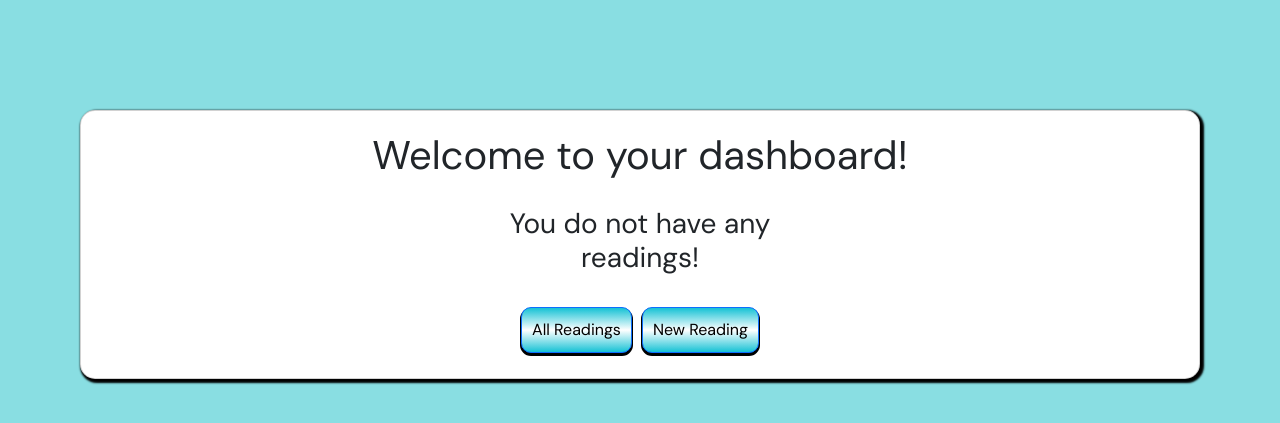
Repository: aiodell/my-glucose-checkup
Page: /dashboard (app in client/)
An editor plug-in stored every save of this project. The page is shown before and after a run of saves, followed by the edit.
The browser window is 1280 px wide. The pictures show the whole page.
The page's requests for data from a server got no answer. The project was rebuilt for these pictures with package versions that can differ from the ones it lists, and the page was loaded fresh each time. No one was signed in, and anything a server would have sent is missing. Also part of the build but not shown: client/src/components/Login.js, client/src/components/Signup.js, client/src/components/AllReadings.js, client/src/components/NewReading.js, client/src/components/Home.js, client/src/components/BglUpdateForm.js, client/src/components/BglEventDetails.js, client/src/components/NewBglEvent.js and 8 more.

Above is the page before, as saved 2022-10-06 07:06:19.

### client/src/index.js
import React from 'react';
import ReactDOM from 'react-dom/client';
import {BrowserRouter as Router} from "react-router-dom";
import 'bootstrap/dist/css/bootstrap.min.css';
import App from './App';

const root = ReactDOM.createRoot(document.getElementById('root'));
root.render(
  <React.StrictMode>
  <Router>
    <App />
  </Router>
  </React.StrictMode>
);

### client/src/App.js
import { useState, useEffect } from "react"
import { Switch, Route, useHistory } from "react-router-dom"
import NavBar from "./components/NavBar"
import Login from "./components/Login"
import Signup from "./components/Signup"
import Dashboard from "./components/Dashboard"
import AllReadings from "./components/AllReadings"
import NewReading from "./components/NewReading"
import Home from "./components/Home"
import BglEventDetails from "./components/BglEventDetails"
import NewBglEvent from "./components/NewBglEvent"
import Events from "./components/Events"
import UserProfile from "./components/UserProfile"
import CreateProfile from "./components/CreateProfile"
import AllUsers from "./components/AllUsers"
import './styles.css'

const App = () => {
  const [currentUser, setCurrentUser] = useState("")
  const [readings, setReadings] = useState([])
  const [events, setEvents] = useState([])
  const [users, setUsers] = useState([])
  const [following, setFollowing] = useState([])
  const history = useHistory()

  useEffect( () => {
    fetch(`/auto-login`)
    .then((r) => {
      if (r.ok) {
        r.json().then((user) => setCurrentUser(user))
      }else{
        history.push("/login")
      }
    })
  }, [ ])

	useEffect(() => {
		fetch("/events")
		.then((r) => r.json())
		.then(setEvents)
	}, [])

  useEffect(() => {
		fetch("/bgls")
		.then((r) => r.json())
		.then(setReadings)
	}, [])

  useEffect(() => {
    fetch("/users")
    .then((r) => r.json())
    .then(setUsers)
  }, [])

  useEffect(() => {
    fetch("/relationships")
    .then((r) => r.json())
    .then(setFollowing)
  }, [])

  const updateUser = (user) => setCurrentUser(user)

  const addNewReading = (newReading) => {setReadings(readings => [...readings, newReading])}

  const deleteReading = (deletedReading) => {
    setReadings((readings) => readings.filter((reading) => reading.id !== deletedReading))
  }

  const deleteEvent = (deletedEvent) => {
    setEvents((events) => events.filter((event) => event.id !== deletedEvent))
  }

  const updateBgl = (updatedBgl) => {
    setReadings((readings) => readings.map(bgl => bgl.id === updatedBgl.id ? updatedBgl : bgl))
  }

  // add follower to list
  const addNewFollow = (newFollow) => {
    setFollowing(following => [...following, newFollow])
    const copyOfCurrentUser = {...currentUser}
    copyOfCurrentUser.followees.push(newFollow)
    setCurrentUser(copyOfCurrentUser)
  }

  // delete follower from the list
  const deleteFollow = (deletedFollow) => {
    setFollowing((following) => following.filter((following) => following.id !== deletedFollow))
  }

  const removeCurrentFollowing = (deletedFollowee) => {
    const copyOfCurrentUser = {...currentUser}
    copyOfCurrentUser.followees = copyOfCurrentUser.followees.filter(followee => followee.followee_id !== deletedFollowee.followee_id)
    setCurrentUser(copyOfCurrentUser)
  }

   return (
   <div>
    <NavBar
      currentUser = {currentUser}
      updateUser = {updateUser}
    />
    <Switch>
      <Route exact path = "/login">
        <Login updateUser = {updateUser}/>
      </Route>
      <Route exact path = "/signup">
        <Signup />
      </Route>
      <Route exact path = "/dashboard">
        <Dashboard
        currentUser = {currentUser}
        readings = {readings}
        setReadings = {setReadings}
        following = {following}  // will be used to display the highs and lows of a user being followed
        users = {users}
        />
      </Route>
      <Route exact path= "/bgls/all">
        <AllReadings
        readings = {readings}
        setReadings = {setReadings}
        />
      </Route>
      <Route exact path= "/bgls/new">
        <NewReading addNewReading= {addNewReading} />
      </Route>
      <Route exact path= "/bgls/:id/">
        <BglEventDetails
          updateBgl = {updateBgl}
          deleteReading= {deleteReading}
          readings = {readings}
        />
      </Route>
      <Route exact path="/bgls/:id/bgl_events/new">
        <NewBglEvent events= {events}/>
      </Route>
      <Route exact path="/events">
        <Events
          deleteEvent = {deleteEvent}
          events = {events}
          setEvents = {setEvents}
        />
      </Route>
      <Route exact path= "/me">
        <UserProfile
        currentUser = {currentUser}
        users = {users}
        />
      </Route>
      <Route exact path = "/create-profile">
        <CreateProfile />
      </Route>
      <Route exact path= "/users">
        <AllUsers
        currentUser = {currentUser}
        users = {users}
        addNewFollow = {addNewFollow}
        deleteFollow = {deleteFollow}
        removeCurrentFollowing ={removeCurrentFollowing}
        />
      </Route>
      <Route exact path="/">
        <Home
        currentUser = {currentUser}
        setCurrentUser = {setCurrentUser}/>
      </Route>
    </Switch>
   </div>
  )
}

export default App;

### client/src/components/NavBar.js
import { useHistory, NavLink } from 'react-router-dom'
import Container from "react-bootstrap/Container"
import Nav from 'react-bootstrap/Nav';
import Navbar from 'react-bootstrap/Navbar';
import '../styles.css';

const NavBar = ({updateUser, currentUser}) => {
	const history = useHistory()

	// log out only available when logged in
	const handleLogout = (e) => {
		fetch(`/logout`, {
			method: 'DELETE'
		})
		.then(() => {
			updateUser("")
			history.push('/')
		})
	}

	return(
		<>
		{currentUser ?
			<Navbar bg="dark" variant="dark" expand="lg">
			<Container className="nav-bar">
				<Navbar.Brand>My Glucose Checkup</Navbar.Brand>
				<Navbar.Toggle aria-controls="basic-navbar-nav" />
				<Navbar.Collapse id="basic-navbar-nav"></Navbar.Collapse>
					<Nav className="me-auto">
						<NavLink className="nav-link" to="/dashboard">
							<Nav.Item>Dashboard</Nav.Item>
						</NavLink>
						<NavLink className="nav-link" to="/bgls/all">
							<Nav.Item>My BGLs</Nav.Item>
						</NavLink>
						<NavLink className="nav-link" to="/bgls/new">
							<Nav.Item>New Reading</Nav.Item>
						</NavLink>
						<NavLink className="nav-link" to="/me">
							<Nav.Item>My Account</Nav.Item>
						</NavLink>
						<NavLink className="nav-link" to="/users">
							<Nav.Item>All Users</Nav.Item>
						</NavLink>
						<Nav.Link onClick={handleLogout}>Logout</Nav.Link>
					</Nav>
			</Container>
		</Navbar> : null }
		</>
	)
}

export default NavBar

### client/src/components/Dashboard.js
import { useState, useEffect } from "react"
import {useHistory, Link, NavLink } from "react-router-dom"
import Container from "react-bootstrap/Container"
import Card from "react-bootstrap/Card"
import Button from "react-bootstrap/Button"
import Col from 'react-bootstrap/Col';
import Row from 'react-bootstrap/Row';

const Dashboard = ({currentUser}) => {
	const[readings, setReadings] = useState([])
	const[errors, setErrors] = useState([])
	const history= useHistory()

	// get the bgls for the user
	useEffect(() => {
		fetch("/bgls")
		.then(r => {
			if(r.ok){
				r.json().then(data => setReadings(data))
			}else{
				r.json().then(data => {
					setErrors(data.errors)
					history.push("/login")
				})
			}
		})
	}, [ ])

	// sort the highest, lowest, and most current value
	const lowestValue = [...readings].sort((a,b) => a.value - b.value)
	const highestValue = [...readings].sort((a,b) => b.value - a.value)
	const highestId =[...readings].sort((a,b) => b.id - a.id)

	const average = (arr) => {
		const { length } = arr
		return arr.reduce((acc, val) => {
			return acc + (val.value/length)
		}, 0)
	}

	const renderAverage = parseInt(average(readings))

	const renderLowest = lowestValue.slice(0,1).map((num) => {
		return(
			<div>
				<h2 key={num.id}> Lowest: {num.value}</h2>
			<Link to= {`/bgls/${num.id}`} className="small-link"> View Details</Link>
			</div>
		)
	})

	const renderHighest = highestValue.slice(0,1).map((num)=> {
		return(
			<div>
				<h2 key={num.id}> Highest: {num.value}</h2>
				<Link to= {`/bgls/${num.id}`} className="small-link"> View Details</Link>
			</div>
		)
	})

	const renderCurrent = highestId.slice(0,1).map((num) => {
		return(
		<>
			<Card className="current-bgl">
				<h1 className="current-txt" key={num.id}> {num.value} </h1>
			</Card>
			<Link to= {`/bgls/${num.id}`} className="small-link"> View Details</Link>
		</>
		)
	})

	// will return a dashboard alongside any highs and lows of followed users
	return(
		<Container className="container-style">
			{errors ? errors.map(e => <section>{e}</section>):null}
			<Card className="dash-container">
				{currentUser.first_name ? <h1 className="dash-title">
					Welcome to your dashboard, {currentUser.first_name} </h1>
					: <h1>Welcome to your dashboard!</h1> }
				{currentUser.admin ?
				<>
					<Row>
						<p>You are in admin mode</p>
							{renderCurrent}
					</Row>
						<Row className="low-high-avg">
							<Col>{renderLowest}</Col>
							<Col>
								{renderAverage === 0 ? <h3> You do not have any readings!</h3> :
								 	<h2> Average: {renderAverage}</h2>
								 }
							</Col>
							<Col>{renderHighest}</Col>
						</Row>
						<div>
							<NavLink to="/events">
								<Button className="btns" >All Events</Button>
							</NavLink>
							<NavLink to="/bgls/all">
								<Button className="btns">All Test Readings</Button>
							</NavLink>
							<NavLink to="/bgls/new">
								<Button className="btns">New Test Reading</Button>
							</NavLink>
						</div>
						<div>
							{/* Add updates from followed users here */}
						</div>
				</> :
				<>
					<Row>
						{renderCurrent}
					</Row>
						<Row className="low-high-avg">
							<Col>{renderLowest}</Col>
							<Col>
								{renderAverage === 0 ? <h3> You do not have any readings!</h3> :
								 	<h2> Average: {renderAverage}</h2>
								}
							</Col>
							<Col>{renderHighest}</Col>
						</Row>
						<div>
							<NavLink to="/bgls/all">
								<Button className="btns">All Readings</Button>
							</NavLink>
							<NavLink to="/bgls/new">
								<Button className="btns">New Reading</Button>
							</NavLink>
						</div>
				</> }
			</Card>
		</Container>
	)
}

export default Dashboard

### client/src/styles.css
@import url('https://fonts.googleapis.com/css2?family=DM+Sans&display=swap');
@import url('https://fonts.googleapis.com/css2?family=Carter+One&family=DM+Sans&display=swap');

body {
  font-family: 'DM Sans', sans-serif;
  background-color:	#89dee2;
  margin: 0px;
}

/*Universal */
.btns {
  background-image: linear-gradient(#16c2d5, #ffffff,#16c2d5);
  color: rgb(0, 0, 0);
  padding: 10px;
  margin: 5px;
  text-align: center;
  border-radius: 10px;
  box-shadow: 0px 2px 0px 1px black;
  text-decoration: none;
}

.container-style{
  text-align: center;
  padding: 10px;
  position: relative;
}

.navbar-brand{
  font-family: 'Carter One', cursive;
  font-size: 2rem;
  text-align:left
}

/*Home Page */
.Home {
  text-align: center;
}

.home-background {
  background-color: #88c7b2;
  min-height: 100vh;
  display: flex;
  flex-direction: column;
  align-items: center;
  justify-content: center;
  font-size: calc(10px + 2vmin);
  color: white;
}

.welcome {
  font-family: 'Carter One', cursive;
  text-shadow: 2px 2px black;
  text-align: center;
}

.home-btn-div {
  align-content: center;
}

/*Forms */
.form-style{
  margin-top: 100px;
  border-radius: 20px;
  box-shadow: 0px 2px 0px 1px black;
  background-image: linear-gradient(#67eabe, #ffffff);
  color: rgb(0, 0, 0);
}
.title{
  padding: 20px;
  position: relative;
}

/*Dashbord */
.dash-container{
  margin-top: 100px;
  padding: 20px;
  background: (#d7baad);
  box-shadow: 2px 2px 2px 2px black;
  border-radius: 15px;
  position: relative;
}

.current-bgl{
  border-radius: 50%;
  height: 150px;
  width: 150px;
  vertical-align: middle;
  left: 44%;
  position: relative;
  box-shadow: 2px 2px 2px 2px black;
  background-image: linear-gradient(#67eabe, #ffffff);
}

.current-txt{
  text-align: center;
  font-size: 4rem;
  padding-top: 40px;
  padding-left: 5px;
  position: relative;
}

.low-high-avg{
  padding: 20px;
  position: relative;
}

.dash-title{
  font-family: 'Carter One', cursive;
  text-shadow: 2px 2px 2px black;
  color: white
}

/*Events */

.list{
  list-style: none;
  padding: 5px;
  font-size: 150%;
}

.event-container-style{
  text-align: center;
  padding: 10px;
  position: relative;
  margin: 5px;
}

.delete-btn{
  background-image: linear-gradient(#67eabe, #ffffff);
  color: rgb(0, 0, 0);
  padding: 5px;
  margin: 5px;
  text-align: center;
  box-shadow: 0px 2px 0px 1px black;
  text-decoration: none;
}
.event-card{
  vertical-align: middle;
  left: 39%;
  position: relative;
}

/*All bgls*/
.all-bgl-container-style{
  align-content: center;
  margin-top: 20px;
  text-align: center;
  display: relative;
  position:relative;
  max-width: 50%;
}

.link-text-style{
  text-decoration: none;
}

.pages {
  display: flex;
  justify-content: center;
  margin-top: 20px;
}

.bgl-card{
  margin: 10px;
  text-decoration: none;
  color: black;
  box-shadow: 0px 2px 0px 2px black;
}

.card-title{
  font-size: 150%;
}

.search {
  width: 50%;
  text-align: center;

  position: relative;
  display: block;
  margin: auto;
  padding: 2rem;
}

.searchTerm {
  text-align: center;
  width: 100%;
  border: 3px solid #004e59;
  padding: 5px;
  height: 3rem;
  border-radius: 5px;
  outline: none;
  font-size: 1.5rem;
}

/* Profile Completion Form */
.form-title{
  text-align: center;
  margin-top: 15px;
}

.profile-completion{
  text-align: center;
  padding: 15px;
  margin: 10px;
  box-shadow: 1px 2px 0px 1px black;
  background-image: linear-gradient(#eaeaea, #ffffff);
  color: rgb(0, 0, 0);
}

.profile-label{
  margin-bottom: 5px;
  margin-top: 10px;
}

.form-check{
  margin-top: 5px
}

/*profile container*/
.profile-container{
  align-content: center;
  margin-top: 20px;
  text-align: center;
  display: relative;
  position:relative;
  max-width: 50%;
}

Loaded but not shown: client/public/index.html (common file)

After the next 2 saves:
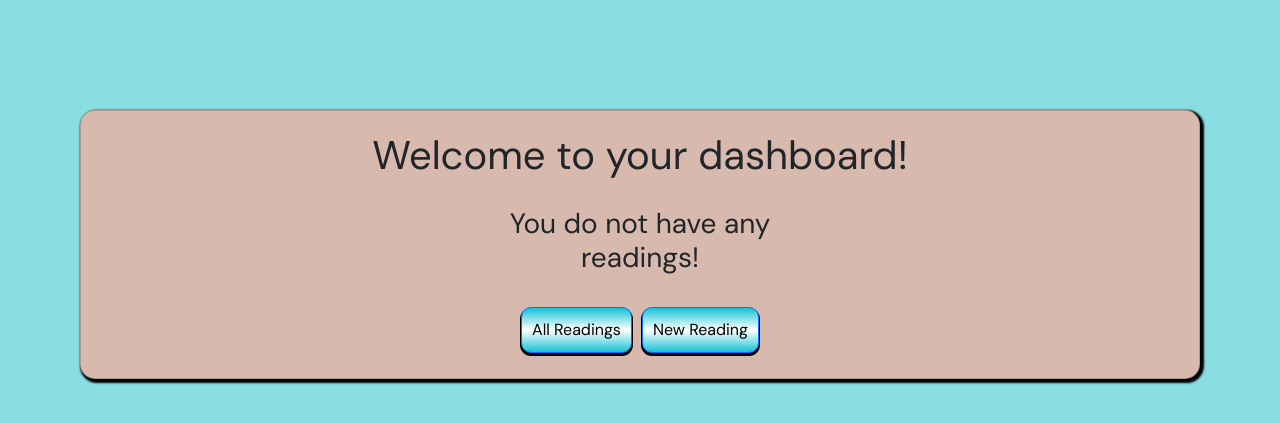
The 2 saves are shown as one change because they came seconds apart.
The last was saved 8 s later.
--- a/client/src/styles.css
+++ b/client/src/styles.css
@@ -74,7 +74,7 @@ body {
 .dash-container{
   margin-top: 100px;
   padding: 20px;
-  background: (#d7baad);
+  background: #d7baad;
   box-shadow: 2px 2px 2px 2px black;
   border-radius: 15px;
   position: relative;
